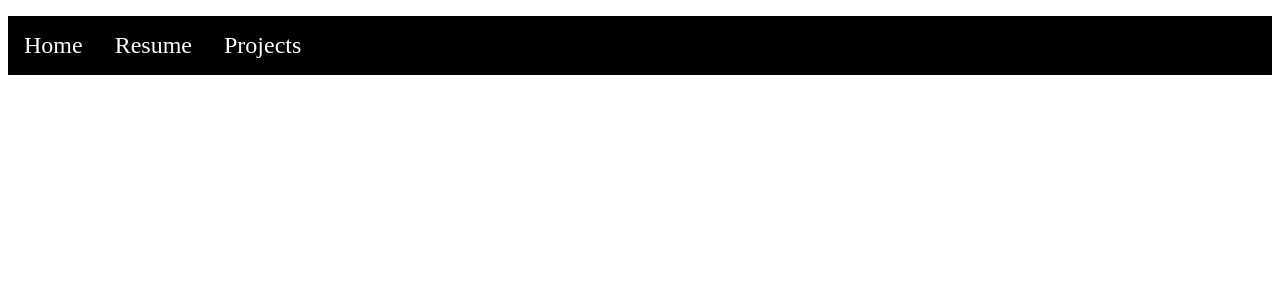
Repository: GiangNguyen2805/GiangNguyen2805.github.io
Page: resume.html
The author's editor kept a record of every edit. The page is drawn from the files as they stood at one moment, then again after the next edit.
The browser window is 1280 px wide. The pictures show the whole page.

Above is the page before.

### resume.html
<!DOCTYPE html>
<html>
<head>
<title>Page Title</title>
<style>
    .navbar{
        list-style: none;
        background-color: black;
        overflow: hidden;
        padding: 0;
    }
    .navbar a, .dropdown div{
        text-decoration: none;
        color: white ;
        font-size: 24px;
        padding: 16px;
        display: inline-block;
    }
   .navbar li{
       float: left;
   }
   .navbar li:hover{
       background-color: blue;
   }
   .dropdown-content{
       list-style: none;
       padding: 0;
       display: none;
       position: absolute;
       z-index: 1;
       background-color: black
   }
   .dropdown-content li{
       float: none;
   }
   .dropdown:hover .dropdown-content{
       display: block;
   }
</style>


</head>
<body>

<ul class="navbar">
<li><a href="/index.html">Home</a></li>
<li><a href="resume.html">Resume</a></li>
<li class="dropdown">
    <div>Projects</div>
    <ul class="dropdown-content">
        <li><a href="a">Project 1</a></li>
        <li><a href="a">Project 2</a></li>
        <li><a href="a">Project 3</a></li>

    </ul>



</li>
</body>
</html>

After the next edit:
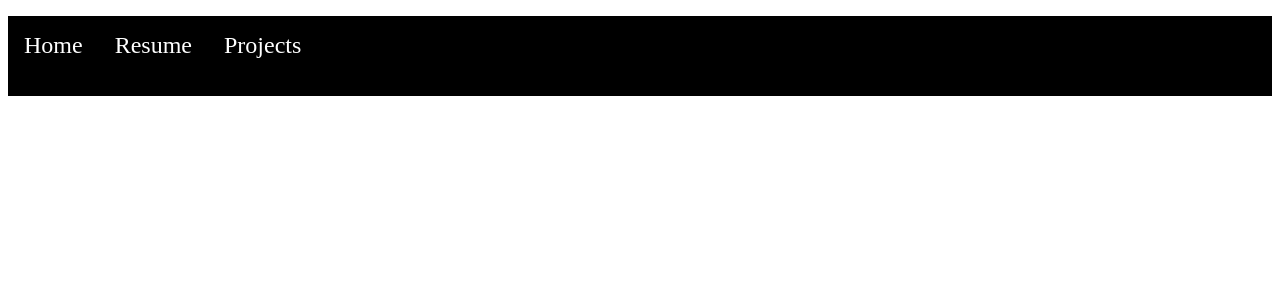
The edit:
--- a/resume.html
+++ b/resume.html
@@ -57,5 +57,9 @@
 
 
 </li>
+
+
+
+<h1>Resume</h1>
 </body>
 </html>

After the edit that followed:
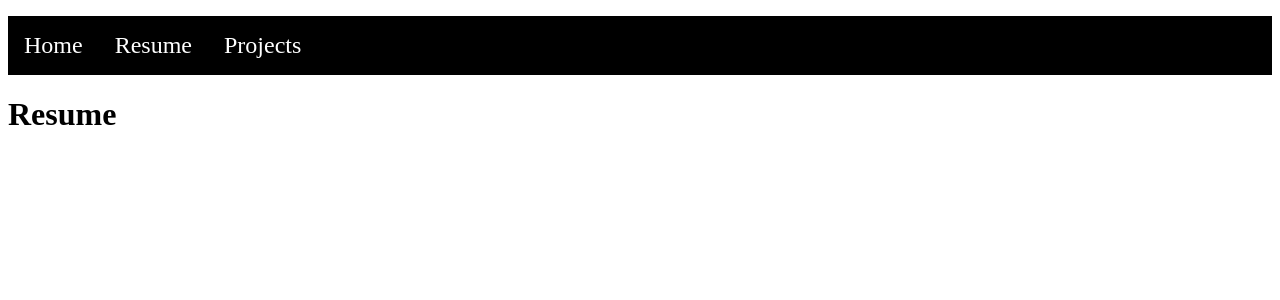
The edit:
--- a/resume.html
+++ b/resume.html
@@ -57,7 +57,7 @@
 
 
 </li>
-
+</ul>
 
 
 <h1>Resume</h1>
